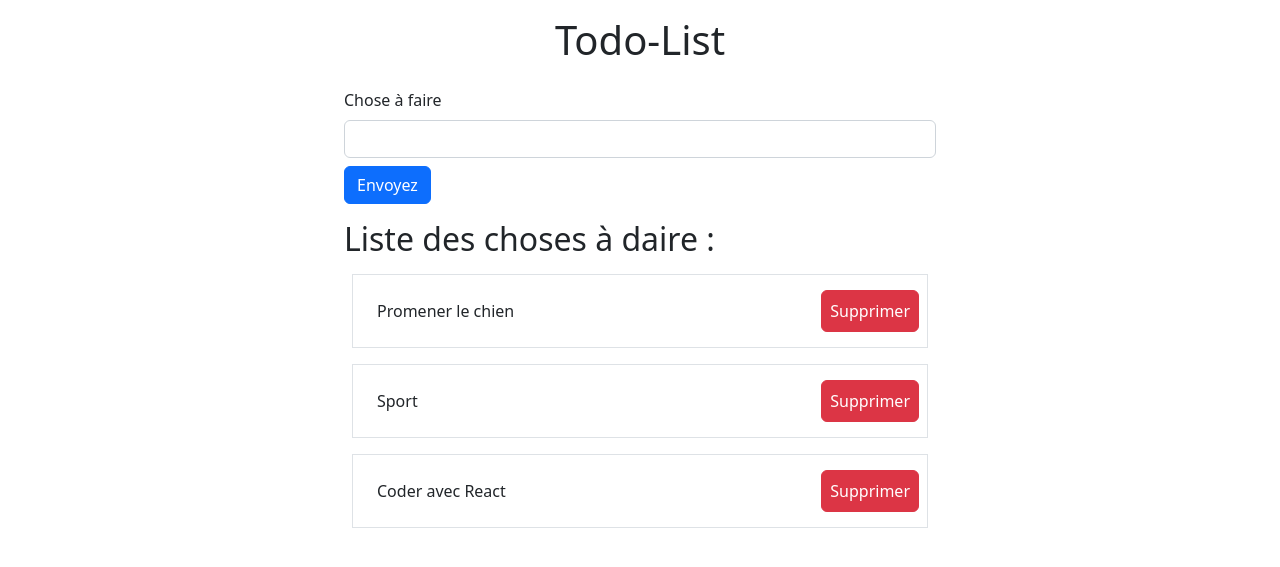
Repository: Michelhof1978/toDoListReact
Page: / (app in APPLICATION/)
The author's editor kept a copy of each file at every save. The page is drawn from the files as they stood at one save, then again after the next save.
The browser window is 1280 px wide. The pictures show the whole page.
The project was rebuilt for these pictures with package versions that can differ from the ones it lists, and the page was loaded fresh each time.

Above is the page before, as saved 2023-05-17 17:16:18.

After the next save:
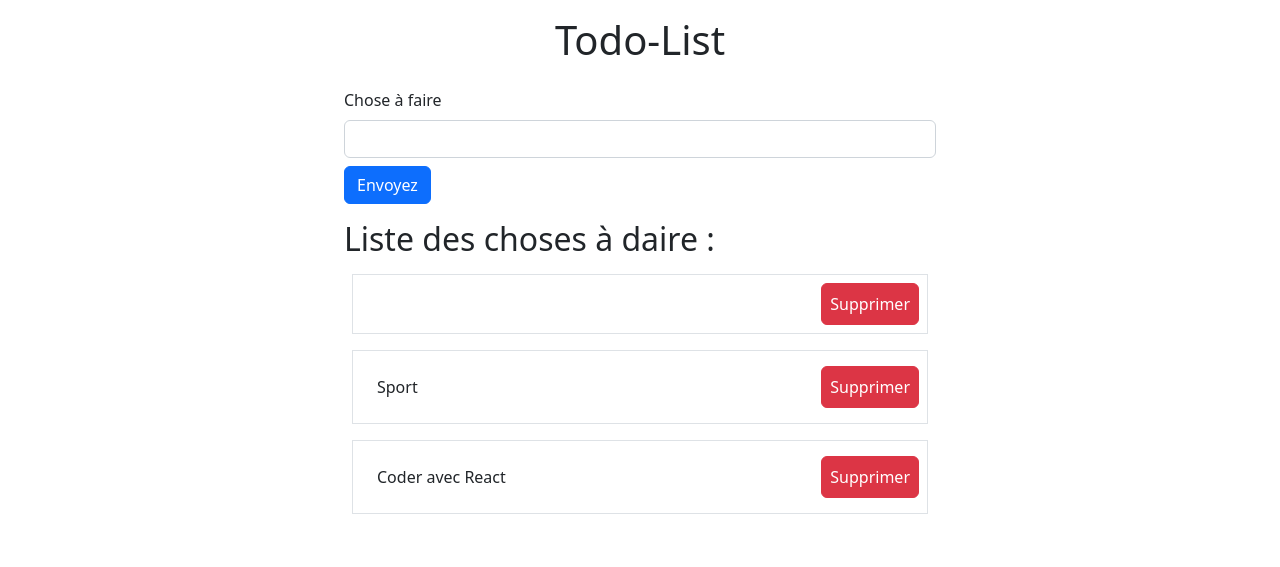
Saved 4 min 1 s later.
--- a/APPLICATION/src/Components/Form.js
+++ b/APPLICATION/src/Components/Form.js
@@ -6,7 +6,7 @@
 
     //State
     const [dataArray, setDataArray] = useState([//Création du state sous forme de tableau
-        {txt: "Promener le chien" , id: uuidv4()}, //On execute uuid pour que les items par la suite soient bien indexés et avoir un Id unique
+        {txt: "" , id: uuidv4()}, //On execute uuid pour que les items par la suite soient bien indexés et avoir un Id unique
         {txt: "Sport" , id: uuidv4()},//L'Id unique sera sous forme '9b1deb4d-3b7d-4bad-9bdd-2b0d7b3dcb6d'
         {txt: "Coder avec React" , id: uuidv4()},
     ])

After the save that followed:
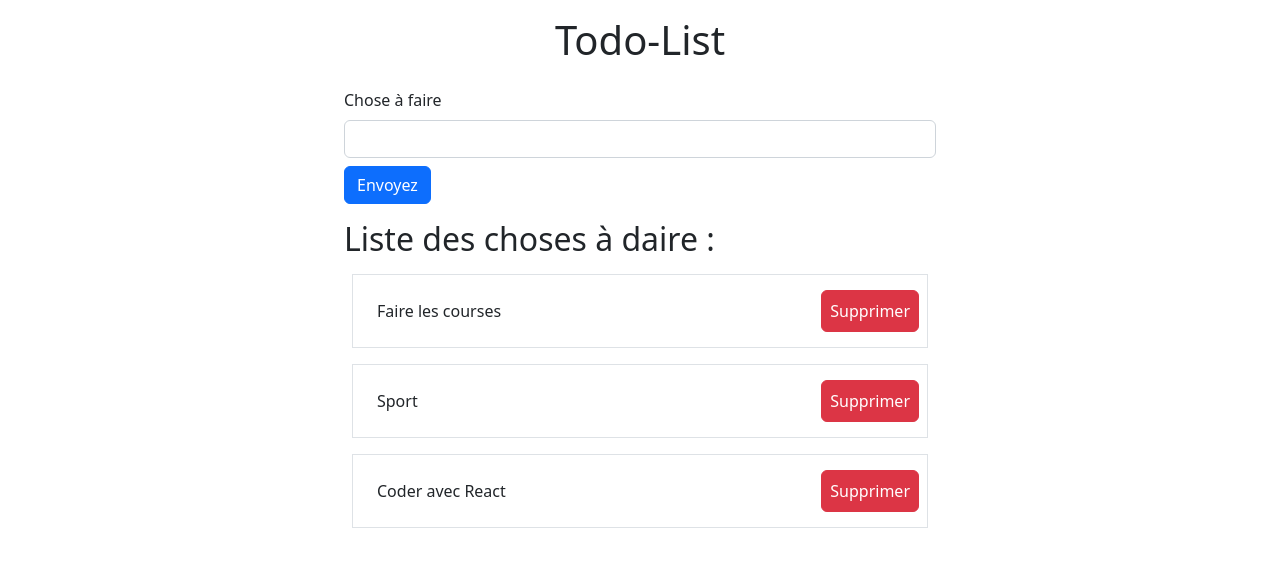
Saved 6 s later.
--- a/APPLICATION/src/Components/Form.js
+++ b/APPLICATION/src/Components/Form.js
@@ -6,7 +6,7 @@
 
     //State
     const [dataArray, setDataArray] = useState([//Création du state sous forme de tableau
-        {txt: "" , id: uuidv4()}, //On execute uuid pour que les items par la suite soient bien indexés et avoir un Id unique
+        {txt: "Faire les courses" , id: uuidv4()}, //On execute uuid pour que les items par la suite soient bien indexés et avoir un Id unique
         {txt: "Sport" , id: uuidv4()},//L'Id unique sera sous forme '9b1deb4d-3b7d-4bad-9bdd-2b0d7b3dcb6d'
         {txt: "Coder avec React" , id: uuidv4()},
     ])
